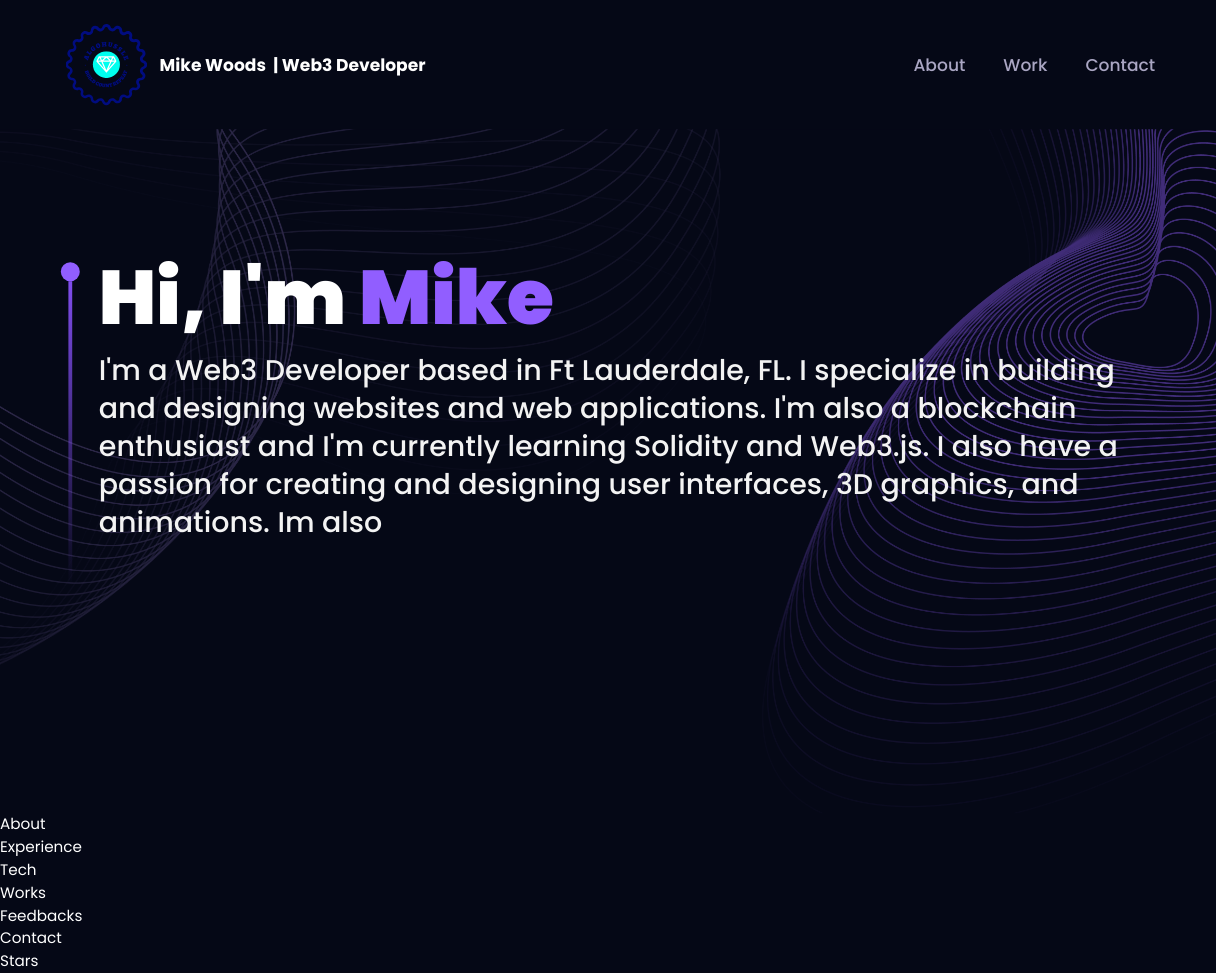
Repository: MikeeBuilds/3D-portfolio
Page: /
These files come from the project's save history. The page is drawn as it stood at one moment and after the next save; the edit follows.
The browser window is 1280 px wide. The pictures show the whole page, at 95% of full size.
The project was rebuilt for these pictures with package versions that can differ from the ones it lists, and the page was loaded fresh each time. Also part of the build but not shown: vite.config.js, src/components/canvas/Earth.jsx, src/components/canvas/Ball.jsx, src/components/canvas/Computers.jsx.

Above is the page before, as saved 2023-03-04 15:05:33.

### index.html
<!DOCTYPE html>
<html lang="en">
  <head>
    <meta charset="UTF-8" />
    <link rel="icon" type="image/svg+xml" href="/logo.svg" />
    <meta name="viewport" content="width=device-width, initial-scale=1.0" />
    <title>Algo Hussle Portfolio</title>
  </head>
  <body>
    <div id="root"></div>
    <script type="module" src="/src/main.jsx"></script>
  </body>
</html>

### src/App.jsx
import { BrowserRouter } from "react-router-dom";
import { About, Contact, Experience, Feedbacks,
Hero, Navbar, Tech, Works, StarsCanvas } from "./components";

const App = () => {
  return (
    <BrowserRouter>
      <div className="relative z-0 bg-primary">
        <div className="bg-hero-pattern bg-cover
        bg-no-repeat bg-center">
          <Navbar />
          <Hero />
        </div>
        <About />
        <Experience />
        <Tech />
        <Works />
        <Feedbacks />
        <div className="relative z-0">
          <Contact />
          <StarsCanvas />
        </div>
      </div>
    </BrowserRouter>
  )
};

export default App

### src/components/Hero.jsx
import React from 'react';
import { motion } from 'framer-motion';
import { styles } from '../styles';
import { ComputersCanvas } from './canvas';

const Hero = () => {
  return (
    <section className='relative w-full h-screen mx-auto'
    >
      <div className={`${styles.paddingX} absolute inset-0 top-[120px] max-w-7xl mx-auto flex flex-row items-start gap-5`}>
        <div className='flex flex-col items-center justify-center mt-5'>
          <div className='w-5 h-5 rounded-full bg-[#915eff]' />
          <div className='w-1 sm:h-80 h-40 violet-gradient' />
          </div>
          <div className=''>
            <h1 className={`${styles.heroHeadText} text-white`}>
              Hi, I'm <span className='text-[#915eff]'>Mike</span>
            </h1>
            <p className={`${styles.heroSubText} mt-2 text-white-100`}>
              I'm a Web3 Developer based in Ft Lauderdale, FL. I specialize in building and
                designing websites and web applications. I'm also a blockchain enthusiast and
                I'm currently learning Solidity and Web3.js. I also have a passion for
                creating and designing user interfaces, 3D graphics, and animations.
                Im also
            </p>
          </div>

      </div>
    </section>
  )
}

export default Hero

### src/components/Navbar.jsx
import React, { useEffect, useState} from 'react';
import { Link } from "react-router-dom";
import { styles } from '../styles';
import { navLinks } from "../constants";
import { logo, menu, close } from "../assets";

const Navbar = () => {
  const [active, setActive] = useState("");
  const [toggle, setToggle] = useState(false);

  return (
    <nav className={`${styles.paddingX} w-full flex items-center py-5 top-0 z-20 bg-primary`}
    >
      <div className="flex items-center justify-between w-full max-w-7xl mx-auto">
        <Link to="/"
              className='flex items-center gap-2 '
              onClick={() => {
                setActive("");
                window.scrollTo(0, 0);
              }}
              >
                <img
                  src={logo}
                  alt='logo'
                  className='w-24 h-24 object-contain'
                  />
                <p
                  className='text-white text-[18px] font-bold cursor-pointer flex'
                  >
                    Mike Woods &nbsp;
                    <span
                      className='sm:block hidden'
                      >
                        | Web3 Developer
                    </span>
                </p>
          </Link>
            <ul className='list-none hidden sm:flex flex-row gap-10'>
                {navLinks.map((link) => (
                    <li
                      key={link.id}
                      className={`${
                        active === link.title
                        ? "text-white"
                        : "text-secondary"
                      } hover:text-white text-[18px] font-medium cursor-pointer`}
                      onClick={() => setActive(link.title)}
                      >
                    <a href={`#${link.id}`}> {link.title}</a>
                    </li>

                ))}
            </ul>
            <div className='sm:hidden flex flex-1 justify-end items-center'>
              <img src={toggle ? close : menu }
                    alt="menu"
                    className='w-[28px] h-[28px] object-contain cursor-pointer'
                    onClick={() => setToggle(!toggle)}
              />
              <div className={`${!toggle ? 'hidden'
              : 'flex'} p-6 black-gradient absolute top-20 right-0 mx-4 my-2 min-w-[140px] z-10
              rounded-xl`}>

              <ul className='list-none flex justify-end items-start flex-col gap-4'>
                {navLinks.map((link) => (
                    <li
                      key={link.id}
                      className={`${
                        active === link.title
                        ? "text-white"
                        : "text-secondary"
                      } font-poppins font-medium cursor-pointer text-[16px]`}
                      onClick={() => {
                        setToggle(!toggle);
                        setActive(link.title);
                      }}
                      >
                    <a href={`#${link.id}`}> {link.title}</a>
                    </li>

                ))}
            </ul>
              </div>

            </div>
        </div>
      </nav>
  )
}

export default Navbar

### src/constants/index.js
import {
    mobile,
    backend,
    creator,
    web,
    javascript,
    typescript,
    html,
    css,
    reactjs,
    redux,
    tailwind,
    nodejs,
    mongodb,
    git,
    figma,
    docker,
    meta,
    starbucks,
    tesla,
    shopify,
    carrent,
    jobit,
    tripguide,
    threejs,
  } from "../assets";

  export const navLinks = [
    {
      id: "about",
      title: "About",
    },
    {
      id: "work",
      title: "Work",
    },
    {
      id: "contact",
      title: "Contact",
    },
  ];

  const services = [
    {
      title: "Web Developer",
      icon: web,
    },
    {
      title: "React Native Developer",
      icon: mobile,
    },
    {
      title: "Backend Developer",
      icon: backend,
    },
    {
      title: "Content Creator",
      icon: creator,
    },
  ];

  const technologies = [
    {
      name: "HTML 5",
      icon: html,
    },
    {
      name: "CSS 3",
      icon: css,
    },
    {
      name: "JavaScript",
      icon: javascript,
    },
    {
      name: "TypeScript",
      icon: typescript,
    },
    {
      name: "React JS",
      icon: reactjs,
    },
    {
      name: "Redux Toolkit",
      icon: redux,
    },
    {
      name: "Tailwind CSS",
      icon: tailwind,
    },
    {
      name: "Node JS",
      icon: nodejs,
    },
    {
      name: "MongoDB",
      icon: mongodb,
    },
    {
      name: "Three JS",
      icon: threejs,
    },
    {
      name: "git",
      icon: git,
    },
    {
      name: "figma",
      icon: figma,
    },
    {
      name: "docker",
      icon: docker,
    },
  ];

  const experiences = [
    {
      title: "React.js Developer",
      company_name: "Starbucks",
      icon: starbucks,
      iconBg: "#383E56",
      date: "March 2020 - April 2021",
      points: [
        "Developing and maintaining web applications using React.js and other related technologies.",
        "Collaborating with cross-functional teams including designers, product managers, and other developers to create high-quality products.",
        "Implementing responsive design and ensuring cross-browser compatibility.",
        "Participating in code reviews and providing constructive feedback to other developers.",
      ],
    },
    {
      title: "React Native Developer",
      company_name: "Tesla",
      icon: tesla,
      iconBg: "#E6DEDD",
      date: "Jan 2021 - Feb 2022",
      points: [
        "Developing and maintaining web applications using React.js and other related technologies.",
        "Collaborating with cross-functional teams including designers, product managers, and other developers to create high-quality products.",
        "Implementing responsive design and ensuring cross-browser compatibility.",
        "Participating in code reviews and providing constructive feedback to other developers.",
      ],
    },
    {
      title: "Web Developer",
      company_name: "Shopify",
      icon: shopify,
      iconBg: "#383E56",
      date: "Jan 2022 - Jan 2023",
      points: [
        "Developing and maintaining web applications using React.js and other related technologies.",
        "Collaborating with cross-functional teams including designers, product managers, and other developers to create high-quality products.",
        "Implementing responsive design and ensuring cross-browser compatibility.",
        "Participating in code reviews and providing constructive feedback to other developers.",
      ],
    },
    {
      title: "Full stack Developer",
      company_name: "Meta",
      icon: meta,
      iconBg: "#E6DEDD",
      date: "Jan 2023 - Present",
      points: [
        "Developing and maintaining web applications using React.js and other related technologies.",
        "Collaborating with cross-functional teams including designers, product managers, and other developers to create high-quality products.",
        "Implementing responsive design and ensuring cross-browser compatibility.",
        "Participating in code reviews and providing constructive feedback to other developers.",
      ],
    },
  ];

  const testimonials = [
    {
      testimonial:
        "I thought it was impossible to make a website as beautiful as our product, but Rick proved me wrong.",
      name: "Sara Lee",
      designation: "CFO",
      company: "Acme Co",
      image: "https://randomuser.me/api/portraits/women/4.jpg",
    },
    {
      testimonial:
        "I've never met a web developer who truly cares about their clients' success like Rick does.",
      name: "Chris Brown",
      designation: "COO",
      company: "DEF Corp",
      image: "https://randomuser.me/api/portraits/men/5.jpg",
    },
    {
      testimonial:
        "After Rick optimized our website, our traffic increased by 50%. We can't thank them enough!",
      name: "Lisa Wang",
      designation: "CTO",
      company: "456 Enterprises",
      image: "https://randomuser.me/api/portraits/women/6.jpg",
    },
  ];

  const projects = [
    {
      name: "Car Rent",
      description:
        "Web-based platform that allows users to search, book, and manage car rentals from various providers, providing a convenient and efficient solution for transportation needs.",
      tags: [
        {
          name: "react",
          color: "blue-text-gradient",
        },
        {
          name: "mongodb",
          color: "green-text-gradient",
        },
        {
          name: "tailwind",
          color: "pink-text-gradient",
        },
      ],
      image: carrent,
      source_code_link: "https://github.com/",
    },
    {
      name: "Job IT",
      description:
        "Web application that enables users to search for job openings, view estimated salary ranges for positions, and locate available jobs based on their current location.",
      tags: [
        {
          name: "react",
          color: "blue-text-gradient",
        },
        {
          name: "restapi",
          color: "green-text-gradient",
        },
        {
          name: "scss",
          color: "pink-text-gradient",
        },
      ],
      image: jobit,
      source_code_link: "https://github.com/",
    },
    {
      name: "Trip Guide",
      description:
        "A comprehensive travel booking platform that allows users to book flights, hotels, and rental cars, and offers curated recommendations for popular destinations.",
      tags: [
        {
          name: "nextjs",
          color: "blue-text-gradient",
        },
        {
          name: "supabase",
          color: "green-text-gradient",
        },
        {
          name: "css",
          color: "pink-text-gradient",
        },
      ],
      image: tripguide,
      source_code_link: "https://github.com/",
    },
  ];

  export { services, technologies, experiences, testimonials, projects };

### src/assets/index.js
import logo from "./logo.svg";
import backend from "./backend.png";
import creator from "./creator.png";
import mobile from "./mobile.png";
import web from "./web.png";
import github from "./github.png";
import menu from "./menu.svg";
import close from "./close.svg";

import css from "./tech/css.png";
import docker from "./tech/docker.png";
import figma from "./tech/figma.png";
import git from "./tech/git.png";
import html from "./tech/html.png";
import javascript from "./tech/javascript.png";
import mongodb from "./tech/mongodb.png";
import nodejs from "./tech/nodejs.png";
import reactjs from "./tech/reactjs.png";
import redux from "./tech/redux.png";
import tailwind from "./tech/tailwind.png";
import typescript from "./tech/typescript.png";
import threejs from "./tech/threejs.svg";

import meta from "./company/meta.png";
import shopify from "./company/shopify.png";
import starbucks from "./company/starbucks.png";
import tesla from "./company/tesla.png";

import carrent from "./carrent.png";
import jobit from "./jobit.png";
import tripguide from "./tripguide.png";

export {
  logo,
  backend,
  creator,
  mobile,
  web,
  github,
  menu,
  close,
  css,
  docker,
  figma,
  git,
  html,
  javascript,
  mongodb,
  nodejs,
  reactjs,
  redux,
  tailwind,
  typescript,
  threejs,
  meta,
  shopify,
  starbucks,
  tesla,
  carrent,
  jobit,
  tripguide,
};

### tailwind.config.cjs

/** @type {import('tailwindcss').Config} */
module.exports = {
  content: ["./src/**/*.{js,jsx}"],
  mode: "jit",
  theme: {
    extend: {
      colors: {
        primary: "#050816",
        secondary: "#aaa6c3",
        tertiary: "#151030",
        "black-100": "#100d25",
        "black-200": "#090325",
        "white-100": "#f3f3f3",
      },
      boxShadow: {
        card: "0px 35px 120px -15px #211e35",
      },
      screens: {
        xs: "450px",
      },
      backgroundImage: {
        "hero-pattern": "url('/src/assets/herobg.png')",
      },
    },
  },
  plugins: [],
};

Loaded but not shown: src/main.jsx (common file); src/index.css (common file); src/components/index.js (common file); src/components/canvas/index.js (common file); src/components/About.jsx (common file); src/components/Tech.jsx (common file); src/components/Experience.jsx (common file); src/components/Works.jsx (common file); src/components/Feedbacks.jsx (common file); src/components/Contact.jsx (common file); src/components/canvas/Stars.jsx (common file); src/styles.js (common file)

After the next save:
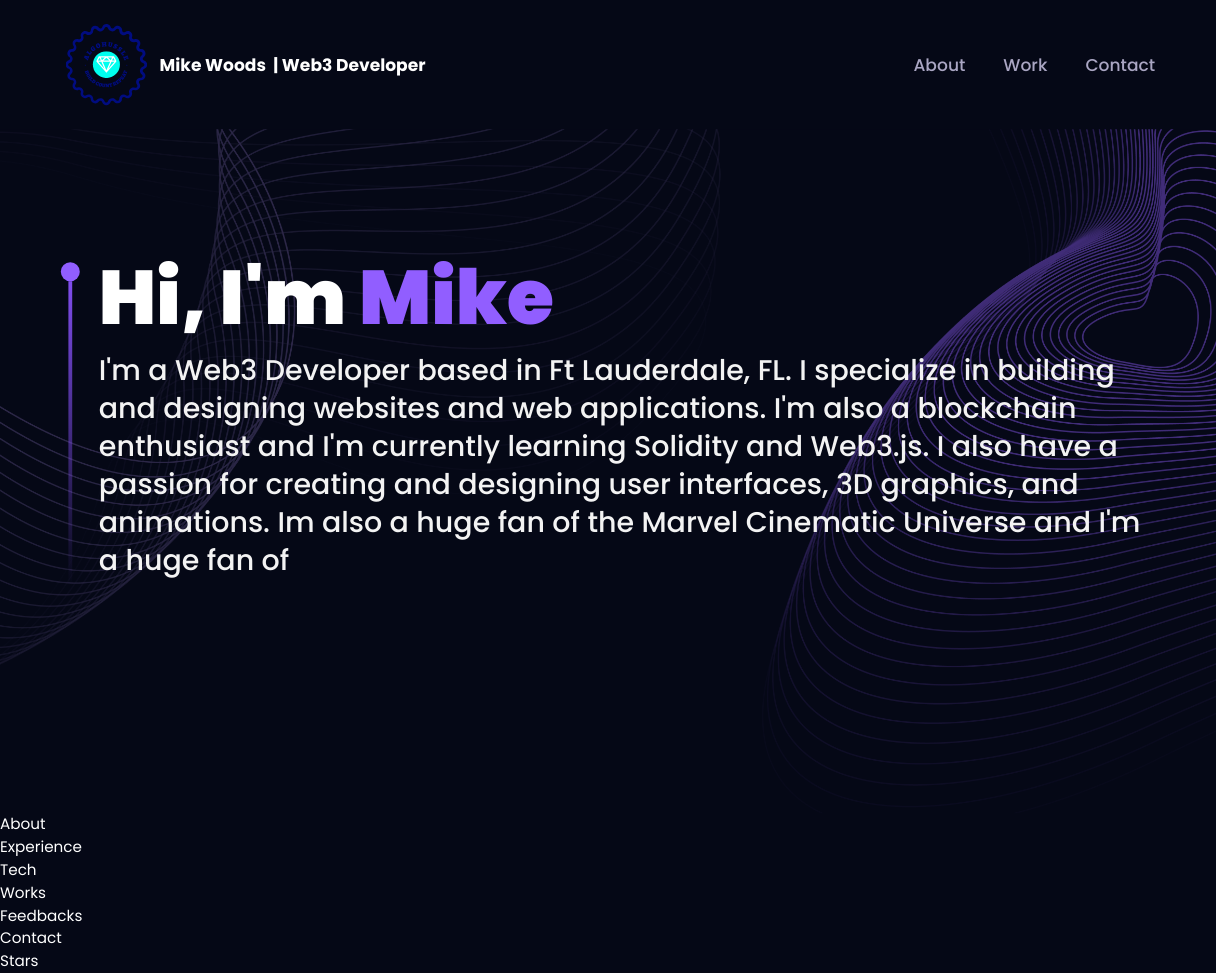
Saved 5 s later.
--- a/src/components/Hero.jsx
+++ b/src/components/Hero.jsx
@@ -21,7 +21,8 @@ const Hero = () => {
                 designing websites and web applications. I'm also a blockchain enthusiast and
                 I'm currently learning Solidity and Web3.js. I also have a passion for
                 creating and designing user interfaces, 3D graphics, and animations.
-                Im also
+                Im also a huge fan of the Marvel Cinematic Universe and I'm a huge fan of
+
             </p>
           </div>
 
